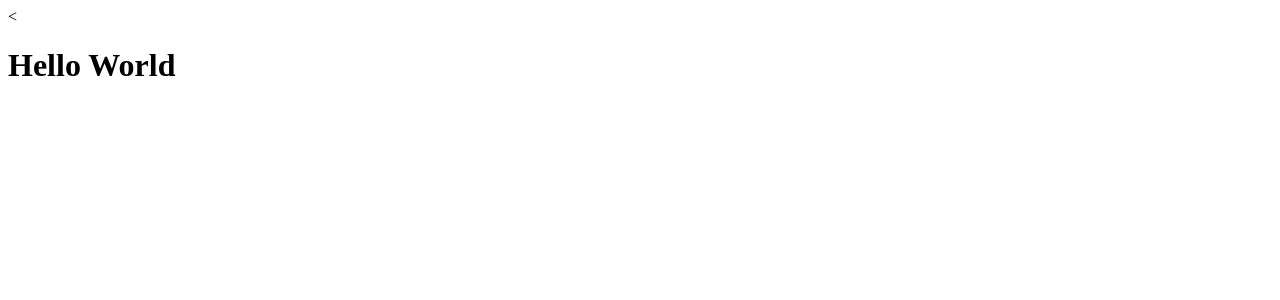
Repository: CarmenFerlatte/demoGitHub
Page: index.html
The author's editor kept a copy of each file at every save. The page is drawn from the files as they stood at one save, then again after the next save.
The browser window is 1280 px wide. The pictures show the whole page.

Above is the page before, as saved 2024-07-08 20:31:55.

### index.html
<!DOCTYPE html>
<html lang="en">
  <head>
    <meta charset="UTF-8" />
    <meta name="viewport" content="width=device-width, initial-scale=1.0" />
    <
    <title>Document</title>
  </head>
  <body>
    <h1>Hello World</h1>
  </body>
</html>

After the next save:
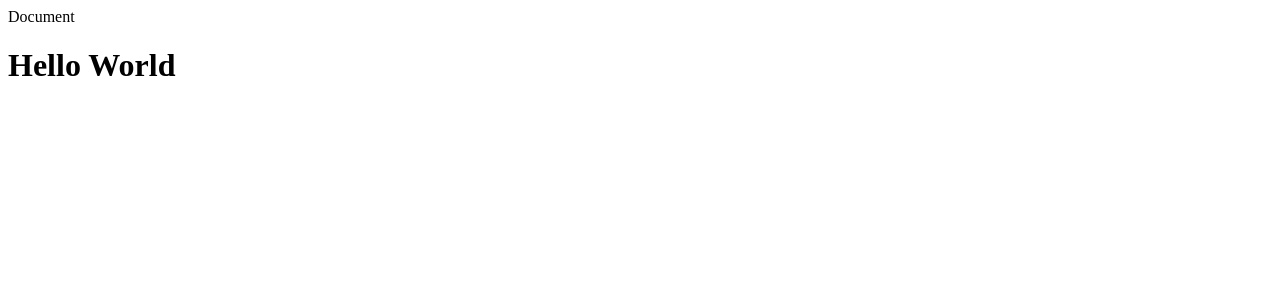
Saved 5 s later.
--- a/index.html
+++ b/index.html
@@ -3,7 +3,7 @@
   <head>
     <meta charset="UTF-8" />
     <meta name="viewport" content="width=device-width, initial-scale=1.0" />
-    <
+    <metaname=
     <title>Document</title>
   </head>
   <body>
